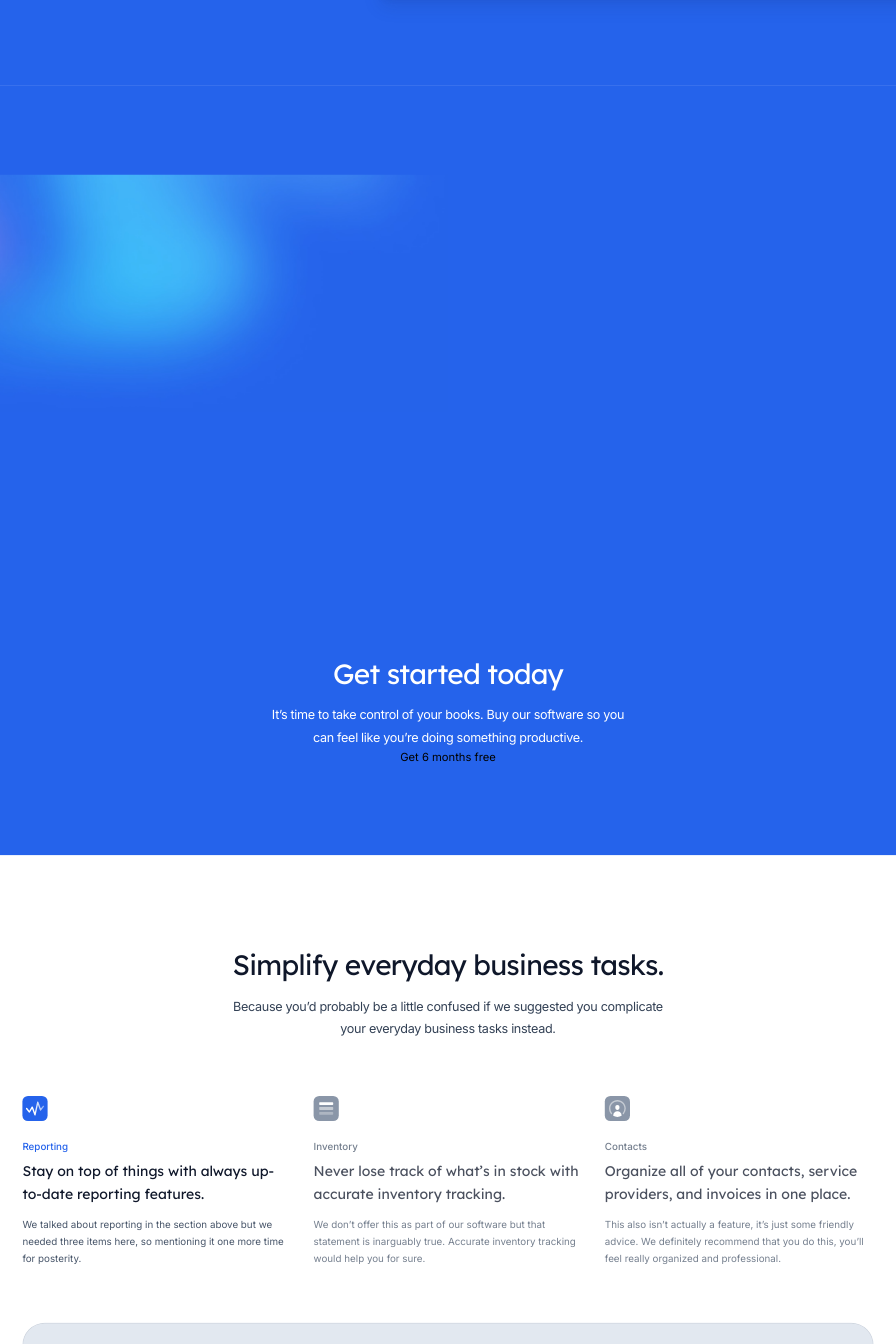
Repository: LuisSempre/imaginative
Page: /
The author's editor kept a copy of each file at every save. The page is drawn from the files as they stood at one save, then again after the next save.
The browser window is 1280 px wide. The pictures show the part of the page from y = 2941 to 4861 px (the page is 11018 px tall before and 10334 px after), at 70% of full size.
The project was rebuilt for these pictures with package versions that can differ from the ones it lists, and the page was loaded fresh each time. The framework's server and built-in components were replaced by stand-ins that run in the browser. Also part of the build but not shown: next.config.js.

Above is the page before, as saved 2022-07-15 10:47:44.

### src/pages/index.jsx
import Head from 'next/head'

import { CallToAction } from '@/components/CallToAction'
import { Faqs } from '@/components/Faqs'
import { Footer } from '@/components/Footer'
import { Header } from '@/components/Header'
import { Hero } from '@/components/Hero'
import { Contact } from '@/components/Contact'
import { PrimaryFeatures } from '@/components/PrimaryFeatures'
import { SecondaryFeatures } from '@/components/SecondaryFeatures'
import { Testimonials } from '@/components/Testimonials'
import { Tecnology } from '@/components/Tecnology'

export default function Home() {
  return (
    <>
      <Head>
        <title>TaxPal - Accounting made simple for small businesses</title>
        <meta
          name="description"
          content="Most bookkeeping software is accurate, but hard to use. We make the opposite trade-off, and hope you don’t get audited."
        />
      </Head>
      <Header />
      <main>
        <Hero />
        <PrimaryFeatures />
        <Tecnology />
        <SecondaryFeatures />
        <CallToAction />
        <Testimonials />
        <Contact />
        <Faqs />
      </main>
      <Footer />
    </>
  )
}

### src/components/CallToAction.jsx
import Image from 'next/future/image'

import { Button } from '@/components/Button'
import { Container } from '@/components/Container'
import backgroundImage from '@/images/background-call-to-action.jpg'

export function CallToAction() {
  return (
    <section
      id="get-started-today"
      className="relative overflow-hidden bg-blue-600 py-32"
    >
      <Image
        className="absolute top-1/2 left-1/2 max-w-none -translate-x-1/2 -translate-y-1/2"
        src={backgroundImage}
        alt=""
        width={2347}
        height={1244}
        unoptimized
      />
      <Container className="relative">
        <div className="mx-auto max-w-lg text-center">
          <h2 className="font-display text-3xl tracking-tight text-white sm:text-4xl">
            Get started today
          </h2>
          <p className="mt-4 text-lg tracking-tight text-white">
            It’s time to take control of your books. Buy our software so you can
            feel like you’re doing something productive.
          </p>
          <Button href="/register" color="white" className="mt-10">
            Get 6 months free
          </Button>
        </div>
      </Container>
    </section>
  )
}

### src/components/Faqs.jsx
import Image from 'next/future/image'

import { Container } from '@/components/Container'
import backgroundImage from '@/images/background-faqs.jpg'

const faqs = [
  [
    {
      question: 'Does TaxPal handle VAT?',
      answer:
        'Well no, but if you move your company offshore you can probably ignore it.',
    },
    {
      question: 'Can I pay for my subscription via purchase order?',
      answer: 'Absolutely, we are happy to take your money in all forms.',
    },
    {
      question: 'How do I apply for a job at TaxPal?',
      answer:
        'We only hire our customers, so subscribe for a minimum of 6 months and then let’s talk.',
    },
  ],
  [
    {
      question: 'What was that testimonial about tax fraud all about?',
      answer:
        'TaxPal is just a software application, ultimately your books are your responsibility.',
    },
    {
      question:
        'TaxPal sounds horrible but why do I still feel compelled to purchase?',
      answer:
        'This is the power of excellent visual design. You just can’t resist it, no matter how poorly it actually functions.',
    },
    {
      question:
        'I found other companies called TaxPal, are you sure you can use this name?',
      answer:
        'Honestly not sure at all. We haven’t actually incorporated or anything, we just thought it sounded cool and made this website.',
    },
  ],
  [
    {
      question: 'How do you generate reports?',
      answer:
        'You just tell us what data you need a report for, and we get our kids to create beautiful charts for you using only the finest crayons.',
    },
    {
      question: 'Can we expect more inventory features?',
      answer: 'In life it’s really better to never expect anything at all.',
    },
    {
      question: 'I lost my password, how do I get into my account?',
      answer:
        'Send us an email and we will send you a copy of our latest password spreadsheet so you can find your information.',
    },
  ],
]

export function Faqs() {
  return (
    <section
      id="faq"
      aria-labelledby="faq-title"
      className="relative overflow-hidden bg-slate-50 py-20 sm:py-32"
    >
      <Image
        className="absolute top-0 left-1/2 max-w-none translate-x-[-30%] -translate-y-1/4"
        src={backgroundImage}
        alt=""
        width={1558}
        height={946}
        unoptimized
      />
      <Container className="relative">
        <div className="mx-auto max-w-2xl lg:mx-0">
          <h2
            id="faq-title"
            className="font-display text-3xl tracking-tight text-slate-900 sm:text-4xl"
          >
            Frequently asked questions
          </h2>
          <p className="mt-4 text-lg tracking-tight text-slate-700">
            If you can’t find what you’re looking for, email our support team
            and if you’re lucky someone will get back to you.
          </p>
        </div>
        <ul
          role="list"
          className="mx-auto mt-16 grid max-w-2xl grid-cols-1 gap-8 lg:max-w-none lg:grid-cols-3"
        >
          {faqs.map((column, columnIndex) => (
            <li key={columnIndex}>
              <ul role="list" className="flex flex-col gap-y-8">
                {column.map((faq, faqIndex) => (
                  <li key={faqIndex}>
                    <h3 className="font-display text-lg leading-7 text-slate-900">
                      {faq.question}
                    </h3>
                    <p className="mt-4 text-sm text-slate-700">{faq.answer}</p>
                  </li>
                ))}
              </ul>
            </li>
          ))}
        </ul>
      </Container>
    </section>
  )
}

### src/components/Footer.jsx
import Link from 'next/link'

import { Container } from '@/components/Container'
import { Logo } from '@/components/Logo'
import { NavLink } from '@/components/NavLink'

export function Footer() {
  return (
    <footer className="bg-slate-50">
      <Container>
        <div className="py-16">
          <Logo className="mx-auto h-10 w-auto" />
          <nav className="mt-10 text-sm" aria-label="quick links">
            <div className="-my-1 flex justify-center gap-x-6">
              <NavLink href="#features">Features</NavLink>
              <NavLink href="#testimonials">Testimonials</NavLink>
              <NavLink href="#pricing">Pricing</NavLink>
            </div>
          </nav>
        </div>
        <div className="flex flex-col items-center border-t border-slate-400/10 py-10 sm:flex-row-reverse sm:justify-between">
          <div className="flex gap-x-6">
            <Link
              href="https://twitter.com"
              className="group"
              aria-label="TaxPal on Twitter"
            >
              <svg
                aria-hidden="true"
                className="h-6 w-6 fill-slate-500 group-hover:fill-slate-700"
              >
                <path d="M8.29 20.251c7.547 0 11.675-6.253 11.675-11.675 0-.178 0-.355-.012-.53A8.348 8.348 0 0 0 22 5.92a8.19 8.19 0 0 1-2.357.646 4.118 4.118 0 0 0 1.804-2.27 8.224 8.224 0 0 1-2.605.996 4.107 4.107 0 0 0-6.993 3.743 11.65 11.65 0 0 1-8.457-4.287 4.106 4.106 0 0 0 1.27 5.477A4.073 4.073 0 0 1 2.8 9.713v.052a4.105 4.105 0 0 0 3.292 4.022 4.093 4.093 0 0 1-1.853.07 4.108 4.108 0 0 0 3.834 2.85A8.233 8.233 0 0 1 2 18.407a11.615 11.615 0 0 0 6.29 1.84" />
              </svg>
            </Link>
            <Link
              href="https://github.com"
              className="group"
              aria-label="TaxPal on GitHub"
            >
              <svg
                aria-hidden="true"
                className="h-6 w-6 fill-slate-500 group-hover:fill-slate-700"
              >
                <path d="M12 2C6.477 2 2 6.484 2 12.017c0 4.425 2.865 8.18 6.839 9.504.5.092.682-.217.682-.483 0-.237-.008-.868-.013-1.703-2.782.605-3.369-1.343-3.369-1.343-.454-1.158-1.11-1.466-1.11-1.466-.908-.62.069-.608.069-.608 1.003.07 1.531 1.032 1.531 1.032.892 1.53 2.341 1.088 2.91.832.092-.647.35-1.088.636-1.338-2.22-.253-4.555-1.113-4.555-4.951 0-1.093.39-1.988 1.029-2.688-.103-.253-.446-1.272.098-2.65 0 0 .84-.27 2.75 1.026A9.564 9.564 0 0 1 12 6.844a9.59 9.59 0 0 1 2.504.337c1.909-1.296 2.747-1.027 2.747-1.027.546 1.379.202 2.398.1 2.651.64.7 1.028 1.595 1.028 2.688 0 3.848-2.339 4.695-4.566 4.943.359.309.678.92.678 1.855 0 1.338-.012 2.419-.012 2.747 0 .268.18.58.688.482A10.02 10.02 0 0 0 22 12.017C22 6.484 17.522 2 12 2Z" />
              </svg>
            </Link>
          </div>
          <p className="mt-6 text-sm text-slate-500 sm:mt-0">
            Copyright &copy; {new Date().getFullYear()} TaxPal. All rights
            reserved.
          </p>
        </div>
      </Container>
    </footer>
  )
}

### src/components/Header.jsx
import { Fragment } from 'react'
import Link from 'next/link'
import { Popover, Transition } from '@headlessui/react'
import clsx from 'clsx'
import { Container } from '@/components/Container'
import { Logo } from '@/components/Logo'
import { NavLink } from '@/components/NavLink'

function MobileNavLink({ href, children }) {
  return (
    <Popover.Button as={Link} href={href} className="block w-full p-2">
      {children}
    </Popover.Button>
  )
}

function MobileNavIcon({ open }) {
  return (
    <svg
      aria-hidden="true"
      className="h-3.5 w-3.5 overflow-visible stroke-slate-700"
      fill="none"
      strokeWidth={2}
      strokeLinecap="round"
    >
      <path
        d="M0 1H14M0 7H14M0 13H14"
        className={clsx(
          'origin-center transition',
          open && 'scale-90 opacity-0'
        )}
      />
      <path
        d="M2 2L12 12M12 2L2 12"
        className={clsx(
          'origin-center transition',
          !open && 'scale-90 opacity-0'
        )}
      />
    </svg>
  )
}

function MobileNavigation() {
  return (
    <Popover>
      <Popover.Button
        className="relative z-10 flex h-8 w-8 items-center justify-center [&:not(:focus-visible)]:focus:outline-none"
        aria-label="Toggle Navigation"
      >
        {({ open }) => <MobileNavIcon open={open} />}
      </Popover.Button>
      <Transition.Root>
        <Transition.Child
          as={Fragment}
          enter="duration-150 ease-out"
          enterFrom="opacity-0"
          enterTo="opacity-100"
          leave="duration-150 ease-in"
          leaveFrom="opacity-100"
          leaveTo="opacity-0"
        >
          <Popover.Overlay className="fixed inset-0 bg-slate-300/50" />
        </Transition.Child>
        <Transition.Child
          as={Fragment}
          enter="duration-150 ease-out"
          enterFrom="opacity-0 scale-95"
          enterTo="opacity-100 scale-100"
          leave="duration-100 ease-in"
          leaveFrom="opacity-100 scale-100"
          leaveTo="opacity-0 scale-95"
        >
          <Popover.Panel
            as="div"
            className="absolute inset-x-0 flex flex-col p-4 mt-4 text-lg tracking-tight origin-top bg-white shadow-xl top-full rounded-2xl text-slate-900 ring-1 ring-slate-900/5"
          >
            <MobileNavLink href="#services">Serviços</MobileNavLink>
            <MobileNavLink href="#portifolio">Portfólio</MobileNavLink>
            <MobileNavLink href="#sobre">Sobre</MobileNavLink>
          </Popover.Panel>
        </Transition.Child>
      </Transition.Root>
    </Popover>
  )
}

export function Header() {
  return (
    <header className="py-10">
      <Container>
        <nav className="relative z-50 flex justify-between">
          <div className="flex items-center md:gap-x-12">
            <Link href="#" aria-label="Home">
              <Logo className="w-auto h-10" />
            </Link>
          </div>
          <div className="flex items-center gap-x-5 md:gap-x-8">
            <div className="hidden md:flex">
              <NavLink href="#services">Serviços</NavLink>
              <NavLink href="#portifolio">Portfólio</NavLink>
              <NavLink href="#sobre">Sobre</NavLink>
            </div>
            <div className="-mr-1 md:hidden">
              <MobileNavigation />
            </div>
          </div>
        </nav>
      </Container>
    </header>
  )
}

### src/components/Hero.jsx
import Image from 'next/future/image'

import { Button } from '@/components/Button'
import { Container } from '@/components/Container'
import logoLaravel from '@/images/logos/laravel.svg'
import logoMirage from '@/images/logos/mirage.svg'
import logoStatamic from '@/images/logos/statamic.svg'
import logoStaticKit from '@/images/logos/statickit.svg'
import logoTransistor from '@/images/logos/transistor.svg'
import logoTuple from '@/images/logos/tuple.svg'

export function Hero() {
  return (
    <Container className="pt-20 pb-16 text-center lg:pt-32">
      <h1 className="max-w-4xl mx-auto text-5xl font-medium tracking-tight font-display text-slate-900 sm:text-7xl">
        Construindo{' '}
        <span className="relative text-blue-500 whitespace-nowrap">
          <svg
            aria-hidden="true"
            viewBox="0 0 418 42"
            className="absolute top-2/3 left-0 h-[0.58em] w-full fill-blue-300/70"
            preserveAspectRatio="none"
          >
            <path d="M203.371.916c-26.013-2.078-76.686 1.963-124.73 9.946L67.3 12.749C35.421 18.062 18.2 21.766 6.004 25.934 1.244 27.561.828 27.778.874 28.61c.07 1.214.828 1.121 9.595-1.176 9.072-2.377 17.15-3.92 39.246-7.496C123.565 7.986 157.869 4.492 195.942 5.046c7.461.108 19.25 1.696 19.17 2.582-.107 1.183-7.874 4.31-25.75 10.366-21.992 7.45-35.43 12.534-36.701 13.884-2.173 2.308-.202 4.407 4.442 4.734 2.654.187 3.263.157 15.593-.78 35.401-2.686 57.944-3.488 88.365-3.143 46.327.526 75.721 2.23 130.788 7.584 19.787 1.924 20.814 1.98 24.557 1.332l.066-.011c1.201-.203 1.53-1.825.399-2.335-2.911-1.31-4.893-1.604-22.048-3.261-57.509-5.556-87.871-7.36-132.059-7.842-23.239-.254-33.617-.116-50.627.674-11.629.54-42.371 2.494-46.696 2.967-2.359.259 8.133-3.625 26.504-9.81 23.239-7.825 27.934-10.149 28.304-14.005.417-4.348-3.529-6-16.878-7.066Z" />
          </svg>
          <span className="relative">software inovador</span>
        </span>{' '}
        para você crescer.
      </h1>
      <p className="max-w-2xl mx-auto mt-6 text-xl tracking-tight text-slate-700">
        Desenvolvimento de aplicativos web e mobile
      </p>
      <div className="flex justify-center mt-10 gap-x-6">
        <Button className="px-12 py-4 text-xl" href="#contato">
          Entre em contato
        </Button>
      </div>
      <div className="mt-36 lg:mt-44">
        <p className="text-base font-display text-slate-900">
         Confiado por empresas inovadoras
        </p>
        <ul
          role="list"
          className="flex items-center justify-center mt-8 gap-x-8 sm:flex-col sm:gap-x-0 sm:gap-y-10 xl:flex-row xl:gap-x-12 xl:gap-y-0"
        >
          {[
            [
              { name: 'Transistor', logo: logoTransistor },
              { name: 'Tuple', logo: logoTuple },
              { name: 'StaticKit', logo: logoStaticKit },
            ],
            [
              { name: 'Mirage', logo: logoMirage },
              { name: 'Laravel', logo: logoLaravel },
              { name: 'Statamic', logo: logoStatamic },
            ],
          ].map((group, groupIndex) => (
            <li key={groupIndex}>
              <ul
                role="list"
                className="flex flex-col items-center gap-y-8 sm:flex-row sm:gap-x-12 sm:gap-y-0"
              >
                {group.map((company) => (
                  <li key={company.name} className="flex">
                    <Image src={company.logo} alt={company.name} unoptimized />
                  </li>
                ))}
              </ul>
            </li>
          ))}
        </ul>
      </div>
    </Container>
  )
}

### src/components/Tecnology.jsx
import Image from 'next/future/image'

import { Button } from '@/components/Button'
import { Container } from '@/components/Container'
import backgroundImage from '@/images/background-call-to-action.jpg'

export function Tecnology() {
  return (
    <section
      id="get-started-today"
      className="relative py-32 overflow-hidden bg-blue-600"
    >
      <Image
        className="absolute -translate-x-1/2 -translate-y-1/2 top-1/2 left-1/2 max-w-none"
        src={backgroundImage}
        alt=""
        width={2347}
        height={1244}
        unoptimized
      />
      <Container className="relative">
        <div className="max-w-lg mx-auto text-center">
          <h2 className="text-3xl tracking-tight text-white font-display sm:text-4xl">
            Get started today
          </h2>
          <p className="mt-4 text-lg tracking-tight text-white">
            It’s time to take control of your books. Buy our software so you can
            feel like you’re doing something productive.
          </p>
          <Button href="/register" color="white" className="mt-10">
            Get 6 months free
          </Button>
        </div>
      </Container>
    </section>
  )
}

### src/components/Button.jsx
import Link from 'next/link'
import clsx from 'clsx'

const baseStyles = {
  solid:
    'group inline-flex items-center justify-center rounded-full py-2 px-4 text-sm font-semibold focus:outline-none focus-visible:outline-2 focus-visible:outline-offset-2',
  outline:
    'group inline-flex ring-1 items-center justify-center rounded-full py-2 px-4 text-sm focus:outline-none',
}

const variantStyles = {
  solid: {
    slate:
      'bg-slate-900 text-white hover:bg-slate-700 hover:text-slate-100 active:bg-slate-800 active:text-slate-300 focus-visible:outline-slate-900',
    blue: 'bg-blue-600 text-white hover:text-slate-100 hover:bg-blue-500 active:bg-blue-800 active:text-blue-100 focus-visible:outline-blue-600',
    white:
      'bg-white text-slate-900 hover:bg-blue-50 active:bg-blue-200 active:text-slate-600 focus-visible:outline-white',
  },
  outline: {
    slate:
      'ring-slate-200 text-slate-700 hover:text-slate-900 hover:ring-slate-300 active:bg-slate-100 active:text-slate-600 focus-visible:outline-blue-600 focus-visible:ring-slate-300',
    white:
      'ring-slate-700 text-white hover:ring-slate-500 active:ring-slate-700 active:text-slate-400 focus-visible:outline-white',
  },
}

export function Button({
  variant = 'solid',
  color = 'slate',
  className,
  href,
  ...props
}) {
  className = clsx(
    baseStyles[variant],
    variantStyles[variant][color],
    className
  )

  return href ? (
    <Link href={href} className={className} {...props} />
  ) : (
    <button className={className} {...props} />
  )
}

### src/components/Logo.jsx
import Image from 'next/image'
import logo from '../images/logos/logo.png'
export function Logo(props) {
  return <Image src={logo}  width={200}  height={32} alt="Picture of the author" />
}

Loaded but not shown: src/pages/_app.jsx (common file); src/pages/_document.jsx (common file); src/styles/tailwind.css (common file); src/components/Container.jsx (common file); src/components/NavLink.jsx (common file); tailwind.config.js (common file); src/components/Contact.jsx (187 lines, source omitted); src/components/SecondaryFeatures.jsx (231 lines, source omitted); src/components/Testimonials.jsx (144 lines, source omitted); src/components/PrimaryFeatures.jsx (157 lines, source omitted)

After the next save:
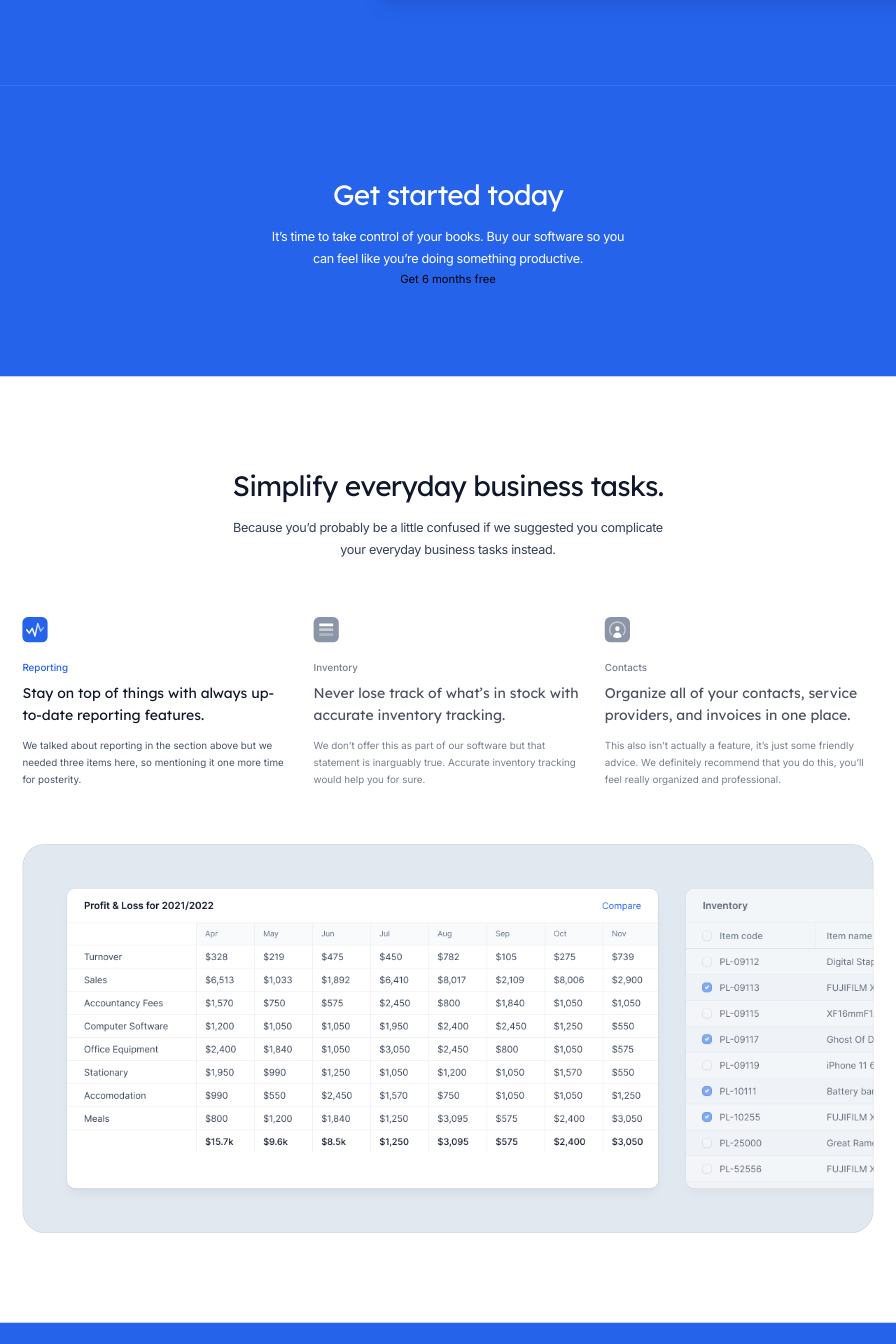
Saved 38 s later.
--- a/src/components/Tecnology.jsx
+++ b/src/components/Tecnology.jsx
@@ -10,14 +10,6 @@
       id="get-started-today"
       className="relative py-32 overflow-hidden bg-blue-600"
     >
-      <Image
-        className="absolute -translate-x-1/2 -translate-y-1/2 top-1/2 left-1/2 max-w-none"
-        src={backgroundImage}
-        alt=""
-        width={2347}
-        height={1244}
-        unoptimized
-      />
       <Container className="relative">
         <div className="max-w-lg mx-auto text-center">
           <h2 className="text-3xl tracking-tight text-white font-display sm:text-4xl">
